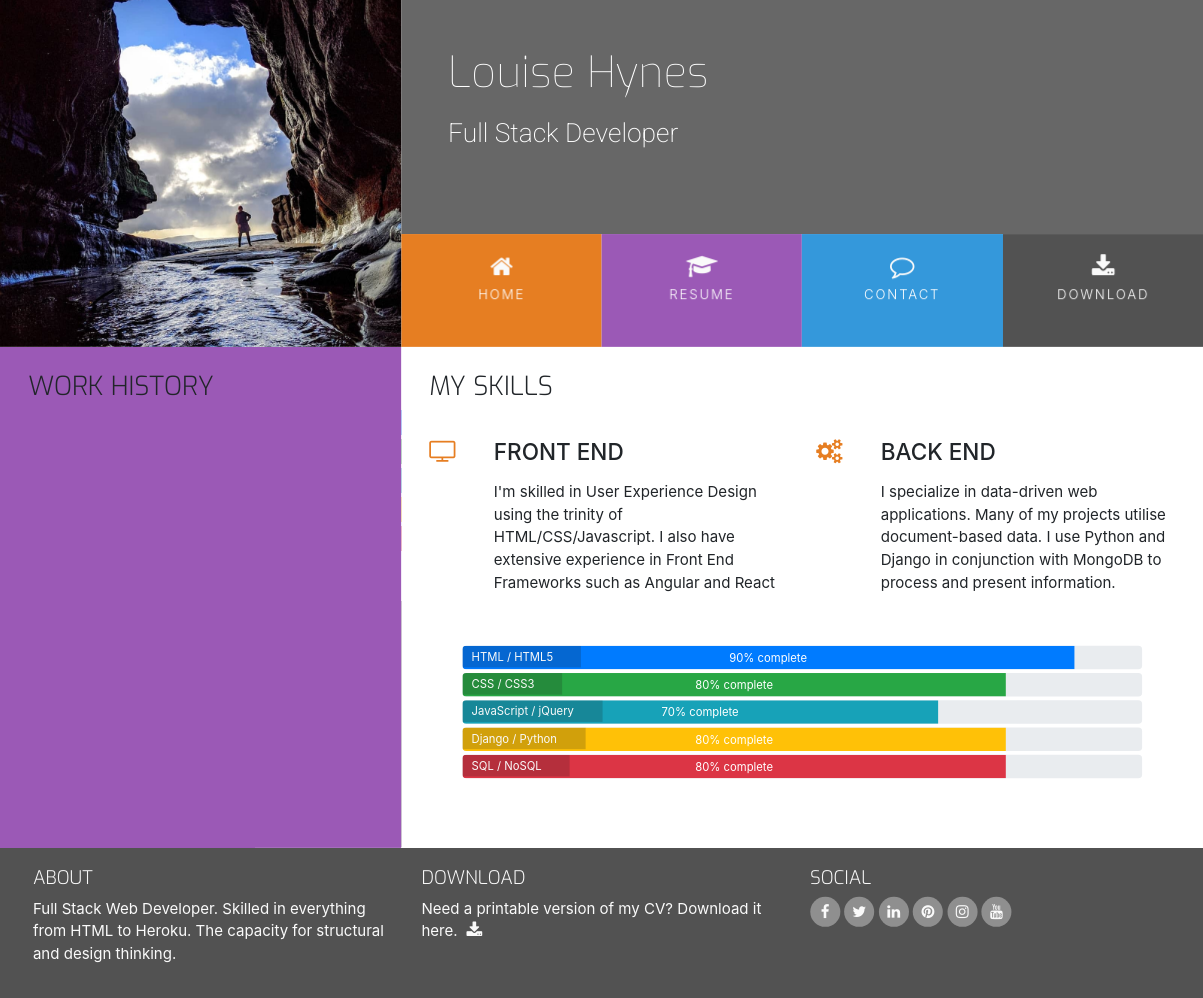
Repository: lhynes/Mini-Project-Resume
Page: resume.html
The author's editor kept a record of every edit. The page is drawn from the files as they stood at one moment, then again after the next edit.
The browser window is 1280 px wide. The pictures show the whole page, at 94% of full size.

Above is the page before.

### resume.html
<!DOCTYPE html>
<html lang="en">

<head>
    <meta charset="UTF-8">
    <meta name="viewport" content="width=device-width, initial-scale=1.0">
    <meta http-equiv="X-UA-Compatible" content="ie=edge">
    <!--access exrtenal links - bootstrap cdn - https://www.bootstrapcdn.com/-->
    <link rel="stylesheet" href="https://stackpath.bootstrapcdn.com/bootstrap/4.3.1/css/bootstrap.min.css" type="text/css" />
    <!--access exrtenal links - fontAwesome cdn - https://www.bootstrapcdn.com/-->
    <link rel="stylesheet" href="https://stackpath.bootstrapcdn.com/font-awesome/4.7.0/css/font-awesome.min.css" type="text/css" />
    <link rel="stylesheet" href="assets/css/style.css" type="text/css" />
    <link rel="stylesheet" href="https://cdnjs.cloudflare.com/ajax/libs/hover.css/2.3.1/css/hover-min.css" type="text/css" />
    <title>Louise</title>
</head>

<body>
    <header>
        <div class="row no-gutters">
            <a class="col-md-4 logo" href="index.html"></a>
            <div class="col-md-8">
                <div class="row no-gutters bg-color-name-title">
                    <div class="col heading">
                        <h1 class="name">Louise Hynes</h1>
                        <h2 class="title">Full Stack Developer</h2>
                    </div>
                </div>
                <div class="row no-gutters">
                    <div class="col">
                        <ul id="nav" class="list-inline menucontainer">
                            <li class="col-6 col-sm-3 ui-menu-color-home list-inline-item menuitem">
                                <a href="#" class="hvr-sweep-to-bottom"><i class="fa fa-home" aria-hidden="true"></i><span>Home</span></a>
                            </li>

                            <li class="col-6 col-sm-3 ui-menu-color-resume list-inline-item menuitem">
                                <a href="#" class="hvr-sweep-to-bottom"><i class="fa fa-graduation-cap" aria-hidden="true"></i><span>Resume</span></a>
                            </li>

                            <li class="col-6 col-sm-3 ui-menu-color-contact list-inline-item menuitem">
                                <a href="#" class="hvr-sweep-to-bottom"><i class="fa fa-comment-o" aria-hidden="true"></i><span>Contact</span></a>
                            </li>
                            <li class="col-6 col-sm-3 ui-menu-color-download list-inline-item menuitem">
                                <a href="#" class="hvr-sweep-to-bottom"><i class="fa fa-download" aria-hidden="true"></i><span>Download</span></a>
                            </li>
                        </ul>
                    </div>
                </div>

            </div>


    </header>
    <section class="container-fluid">
        <div class="row">
            <!--allow us to create a table structure so that our columns will remain the same height, regardless of content-->
            <!--he row-table class specifies the use of a table whereas section-column specifies the use of a table cell, which will give us evenly sized columns in terms of height.-->


            <div class="col-md-4 bg-color-work-history section-column">
                <div class="row">
                    <div class="col-12">
                        <h3 class="section-heading uppercase">
                            Work History
                        </h3>
                    </div>
                </div>
            </div>
            <div class="col-md-8 bg-color-three-reasons section-column">
                <div class="row">
                    <div class="col">
                        <!-- will take up the space available-->
                        <h3 class="section-heading uppercase">My Skills</h3>
                    </div>
                </div>
                <div class="row">
                    <div class="col-10 offset-1 offset-sm-0 col-sm-4 col-md-6">
                        <!-- mobile view first 10 cols wide offset 1-->
                        <div class="row">
                            <div class="col-2">
                                <i class="three-reasons-icon fa fa-tv" aria-hidden="true"></i>
                            </div>
                            <div class="col-10">
                                <h4 class="three-reasons-heading uppercase">Front End</h4>
                                <p>
                                    I'm skilled in User Experience Design using the trinity of HTML/CSS/Javascript. I also have extensive experience in Front End Frameworks such as Angular and React
                                </p>
                            </div>
                        </div>
                    </div>
                    <div class="col-10 offset-1 offset-sm-0 col-sm-4 col-md-6">
                        <div class="row">
                            <div class="col-2">
                                <i class="three-reasons-icon fa fa-gears" aria-hidden="true"></i>
                            </div>
                            <div class="col-10">
                                <h4 class="three-reasons-heading uppercase">Back End</h4>
                                <p>
                                    I specialize in data-driven web applications. Many of my projects utilise document-based data. I use Python and Django in conjunction with MongoDB to process and present information. </p>
                            </div>
                        </div>
                    </div>
                </div>
                <div class="row progress-section">
                    <div class="col">
                        <div class="progress">
                            <!-- wrapper for progress bar-->
                            <div class="progress-bar" role="progressbar" aria-valuenow="90" aria-valuemin="0" aria-valuemax="100" style="width:90%;">
                                <span class="re-only">90% complete</span>
                            </div>
                            <span class="progress-type">HTML / HTML5</span>

                        </div>
                        <div class="progress">
                            <!-- wrapper for progress bar-->
                            <div class="progress-bar bg-success" role="progressbar" aria-valuenow="80" aria-valuemin="0" aria-valuemax="100" style="width:80%;">
                                <span class="re-only">80% complete</span>
                            </div>
                            <span class="progress-type">CSS / CSS3</span>

                        </div>
                        <div class="progress">
                            <!-- wrapper for progress bar-->
                            <div class="progress-bar bg-info" role="progressbar" aria-valuenow="70" aria-valuemin="0" aria-valuemax="100" style="width:70%;">
                                <span class="re-only">70% complete</span>
                            </div>
                            <span class="progress-type">JavaScript / jQuery</span>
                        </div>
                        <div class="progress">
                            <!-- wrapper for progress bar-->
                            <div class="progress-bar bg-warning" role="progressbar" aria-valuenow="80" aria-valuemin="0" aria-valuemax="100" style="width:80%;">
                                <span class="re-only">80% complete</span>
                            </div>
                            <span class="progress-type">Django / Python</span>
                        </div>
                        <div class="progress">
                            <!-- wrapper for progress bar-->
                            <div class="progress-bar bg-danger" role="progressbar" aria-valuenow="80" aria-valuemin="0" aria-valuemax="100" style="width:80%;">
                                <span class="re-only">80% complete</span>
                            </div>
                            <span class="progress-type">SQL / NoSQL</span>

                        </div>
                    </div>
                </div>
            </div>
        </div>

    </section>
    <footer class="container-fluid">
        <!--full width flexible container-->
        <div id="footer-details" class="row">
            <div class="col-sm-4">
                <h5 class="uppercase general-sub">About</h5>
                <p class="inline-block">
                    Full Stack Web Developer. Skilled in everything from HTML to Heroku. The capacity for structural and design thinking.


                </p>
            </div>
            <div class="col-sm-4">
                <h5 class="uppercase general-sub">Download</h5>
                <p class="inline-block">
                    Need a printable version of my CV? Download it here.
                    <a href="#" target="_blank" class="cv-pdf">
                        <!-- _blank used to open in a new tab-->
                        <i class="fa fa-download" aria-hidden="true"></i>
                        <span class="sr-only">Download link.</span>
                    </a>
                </p>
            </div>
            <div class="col-sm-4">
                <h5 class="uppercase general-sub">Social</h5>
                <ul class="list-inline social-links">
                    <li class="list-inline-item">
                        <!-- every list-inline in boostrap needs a list-inline item-->
                        <a target="_blank" href="#">
                            <i class="fa fa-facebook" aria-hidden="true"></i>
                            <span class="sr-only">Facebook</span>
                        </a>
                    </li>
                    <li class="list-inline-item">
                        <a target="_blank" href="#">
                            <i class="fa fa-twitter" aria-hidden="true"></i>
                            <span class="sr-only">Twitter</span>
                        </a>
                    </li>
                    <li class="list-inline-item">
                        <a target="_blank" href="#">
                            <i class="fa fa-linkedin" aria-hidden="true"></i>
                            <span class="sr-only">LinkedIn</span>
                        </a>
                    </li>
                    <li class="list-inline-item">
                        <a target="_blank" href="#">
                            <i class="fa fa-pinterest" aria-hidden="true"></i>
                            <span class="sr-only">Pinterest</span>
                        </a>
                    </li>
                    <li class="list-inline-item">
                        <a target="_blank" href="#">
                            <i class="fa fa-instagram" aria-hidden="true"></i>
                            <span class="sr-only">Instagram</span>
                        </a>
                    </li>
                    <li class="list-inline-item">
                        <a target="_blank" href="#">
                            <i class="fa fa-youtube" aria-hidden="true"></i>
                            <span class="sr-only">YouTube</span>
                        </a>
                    </li>
                </ul>
            </div>

        </div>

    </footer>
</body>

</html>

### assets/css/style.css
@import url('https://fonts.googleapis.com/css?family=Roboto:100,200,300,400,500,600,700|Exo:100,200,300,400,500,600,700');

/*-----------------------------------Colours */

.bg-color-name-title {
    background-color: #676767;
    color: #ffffff;
}

.bg-color-three-reasons {
    background-color: #fff;

}

.bg-color-personal-info {
    background-color: #f4f4f4;
}

.bg-color-work-history {
    background-color: #9b59b6
}

.ui-menu-color-home {
    background-color: #e67e22
}

.ui-menu-color-resume {
    background-color: #9b59b6
}

.ui-menu-color-contact {
    background-color: #3498db
}

.ui-menu-color-download {
    background-color: #525252
}



/*-----------------------------------Special paddings/margins/text - General CSS area used more than once through out the site */

.uppercase {
    text-transform: uppercase;
}

.general-sub {
    font-family: "Exo", sans-serif;
    font-weight: 300;
    color: #fafafa;

}

h1,
h2,
h3,
h4 {
    margin: 0;
}

.inline-block {
    display: inline-block;

}

.row-table {
    display: table;

}

.section-column {
    display: table-cell;
    padding: 0 30px 30px;
    float: none;
}

.history-heading,
.section-heading {
    font-family: "Exo", sans-serif;
    font-weight: 300;
    margin-top: 25px;
    margin-bottom: 40px;
}


/*-----------------------------------Heading */

header {
    margin: 0;
}

.heading {
    margin-left: 50px;
}

.logo {
    background: url("../images/louise.jpg");
    background-position: center;
    background-repeat: no-repeat;
    background-size: cover;
    min-height: 360px;
    transition: all .5s ease-in-out;
    -moz-transition: all .5s ease-in-out;
    -webkit-transition: all .5s ease-in-out;
}

.name {
    font-family: "Exo", sans-seriif;
    font-weight: 100;
    font-size: 46px;
    margin-top: 50px;
    color: #ffffff;
}

.title {
    font-family: "Roboto", sans-seriif;
    font-weight: 200;
    font-size: 28px;
    margin-top: 20px;
    margin-bottom: 90px;
    color: #ffffff;
}

.list-inline-item:not(:last-child) {
    margin: 0;
}

.menucontainer {
    font-size: 0;
}


#nav {
    margin: 0;
}

#nav li {
    font-size: 14px;
    padding: 0;
}

.menuitem {
    height: 120px;
    /*profile image is 360 in total*/
    text-align: center;
    padding: 0;
}

.menuitem a {
    width: 100%;
    color: #ffffff;
    text-decoration: none;
    height: 120px;
}

.menuitem a i {
    padding-top: 22px;
    display: block;
    color: #fafafa;
    font-size: 26px;
}

.menuitem span {
    display: block;
    width: 100%;
    padding-top: 5px;
    text-align: center;
    text-transform: uppercase;
    font-size: 14px;
    font-weight: 300;
    letter-spacing: 2px;
}




/*-----------------------------------Hover.css */

/*background color is set in the before*/

.hvr-sweep-to-bottom:before {
    background: rgba(0, 0, 0, 0.2) !important;
    height: 120px;
}


/*-----------------------------------Footer styles */

footer {
    background-color: #525252;
    color: #fafafa;
    min-height: 120px;
    margin: 0;
}


.cv-pdf i {
    font-size: 18px;
    color: #fafafa;
    text-align: center;
    padding-left: 5px;
    transition: all 0.35s ease-in-out;
    /* put in parent element*/
    -moz-transition: all 0.35s ease-in-out;
    -webkit-transition: all 0.35s ease-in-out;
    -o-transition: all 0.35s ease-in-out;
}

.cv-pdf i:hover {
    color: #e84610;
}


.social-links {
    padding-bottom: 15px;
}

.social-links li a i {
    width: 32px;
    height: 32px;
    padding: 12px 0;
    border-radius: 50%;
    line-height: 7px;
    text-align: center;
    color: #fafafa;
    background: #8f8f8f;
    -moz-transition: all 0.35s ease-in-out;
    -webkit-transition: all 0.35s ease-in-out;
    -o-transition: all 0.35s ease-in-out;
}

.social-links li a i:hover {
    background-color: #e84610;
}

#footer-details {
    padding: 20px;
}


/*-----------------------------------Three Resons Css */

.three-reasons-icon {
    font-size: 26px;
    color: #e67e22;
}

.three-reasons-heading {
    margin-bottom: 15px;
}


/*-----------------------------------Presonal Info*/

.personal-info-item {
    margin-bottom: 20px;
    display: block;
    clear: both;
}

/*style keys, values, paragraphs*/

.personal-info-item .key,
.personal-info-item .value {
    padding-right: 8px;
    display: inline-block;

}

.personal-info-item .key p,
.personal-info-item .value p {
    margin: 0;
}

.personal-info-item .key {
    width: 30%;
    margin-right: 21px;
    padding-top: 2px;
    vertical-align: top;
}


.personal-info-item .key p {
    font-weight: 700;
}

.personal-info-item .value {
    position: relative;
    /*relative to predacessor*/
    width: 60%;
}

/*-----------------------------------Skills*/

.progress {
    position: relative;
    height: 25px;
    margin-bottom: 4px;
}

.progress-type {
    /* represents the the texrt label on the bar */
    position: absolute;
    left: 0px;
    font-weight: 400;
    padding: 3px 30px 2px 10px;
    color: #fafafa;
    background-color: rgba(25, 25, 25, 0.2)
}

.progress-section {
    margin: 40px 20px;

}


/*-----------------------------------Work History*/

.history-heading {
    color: #fafafa;
    margin-bottom: 50px;
}

.timeline-item {
    padding: 4em 2em 0em 2em;
    position: relative;
    color: #fafafa;
    border-left: 1px solid;
}

.timeline-item p {
    margin: 0;
    padding: 0;
}

.timeline-item:before {
    content: attr(data-dates);
    /*can only use contene tieh the beforer or after pseudo elements*/
    position: absolute;
    left: 2.5em;
    top: 3em;
    display: block;
    font-family: "Exo", sans-seriif;
    font-weight: 500;
    font-size: 0.8em;
    padding: 0;
    margin: 0;

}

.timeline-item:after {
    width: 12px;
    height:12px;
    display:block;
    top: 2.4em;
    border-radius: 12px;

    position:absolute;
}

After the next edit:
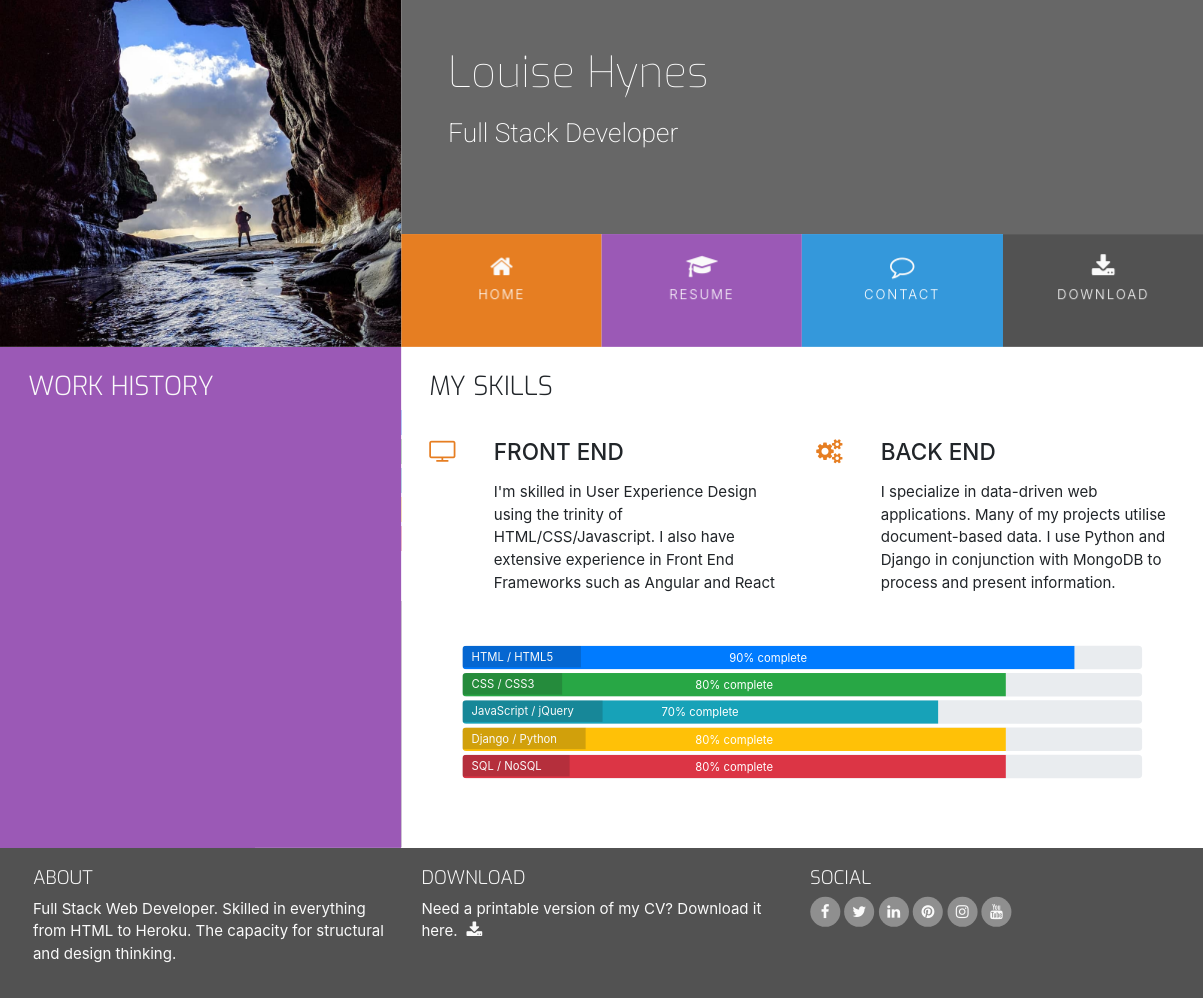
The edit:
--- a/resume.html
+++ b/resume.html
@@ -59,7 +59,7 @@
             <div class="col-md-4 bg-color-work-history section-column">
                 <div class="row">
                     <div class="col-12">
-                        <h3 class="section-heading uppercase">
+                        <h3 class="history-heading uppercase ">
                             Work History
                         </h3>
                     </div>
